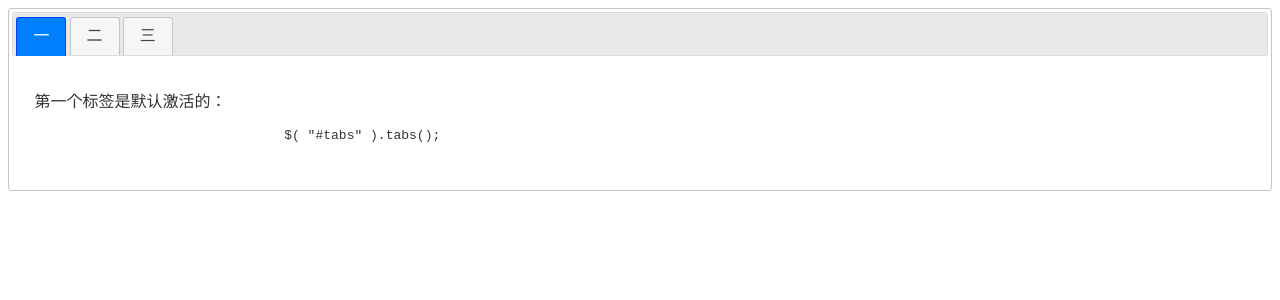
Repository: krzyty/OA_USST
Page: http://localhost/USSTOA/filemanage.jsp
An editor plug-in stored every save of this project. The page is shown before and after the next save, followed by the edit.
The browser window is 1280 px wide. The pictures show the whole page.
Some web libraries are served in a nearby version. The page is served by Tomcat 9. Nobody is signed in. The application's start-up code is not run.

Above is the page before, as saved 2017-06-29 03:08:08.

After the next save:
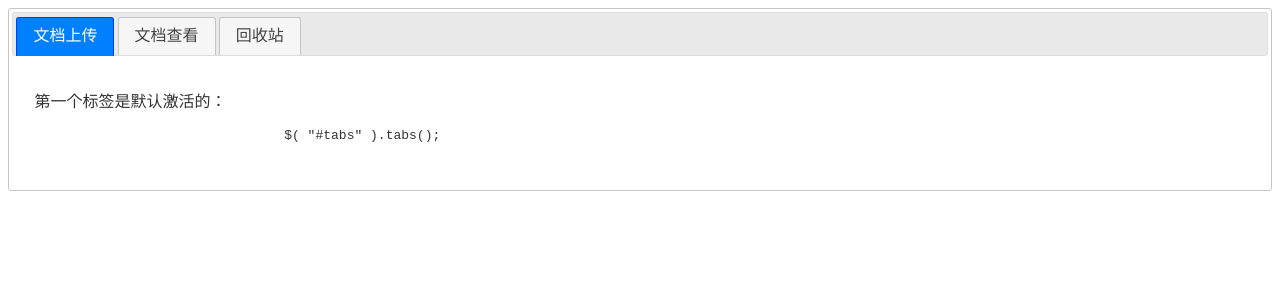
Saved 75 s later.
--- a/USSTOA/WebContent/filemanage.jsp
+++ b/USSTOA/WebContent/filemanage.jsp
@@ -21,11 +21,11 @@
 <body>
 	<div id="tabs">
 		<ul>
-			<li><a href="#fragment-1"><span>一</span> </a>
+			<li><a href="#fragment-1"><span>文档上传</span> </a>
 			</li>
-			<li><a href="#fragment-2"><span>二</span> </a>
+			<li><a href="#fragment-2"><span>文档查看</span> </a>
 			</li>
-			<li><a href="#fragment-3"><span>三</span> </a>
+			<li><a href="#fragment-3"><span>回收站</span> </a>
 			</li>
 		</ul>
 		<div id="fragment-1">
